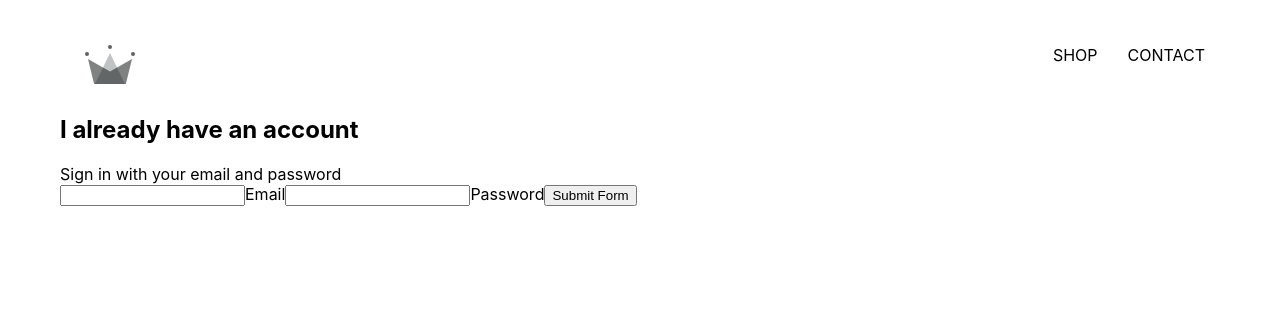
Repository: MikeTroianello/commerce-store
Page: /signin
The author's editor kept a copy of each file at every save. The page is drawn from the files as they stood at one save, then again after the next save.
The browser window is 1280 px wide. The pictures show the whole page.
The project was rebuilt for these pictures with package versions that can differ from the ones it lists, and the page was loaded fresh each time. Also part of the build but not shown: src/components/directory/directory.styles.scss, src/components/directory/directory.component.jsx, src/pages/homepage/homepage.styles.scss, src/pages/homepage/homepage.component.jsx, src/components/collection-item/collection-item.styles.scss, src/components/collection-item/collection-item.component.jsx, src/components/collection-preview/collection-preview.scss, src/components/collection-preview/collection-preview.component.jsx and 2 more. Imported but missing from the stored project, and not drawn on this page: src/components/menu-item/menu-item.component.js, src/pages/shop/shop.data.

Above is the page before, as saved 2019-12-04 14:12:17.

### src/App.js
import React from 'react';
import { Route, Link, Switch } from 'react-router-dom';

import Homepage from './pages/homepage/homepage.component';
import ShopPage from './pages/shop/shop.component';
import Header from './components/header/header.component';
import LoginSignup from './pages/login-signup/LoginSignup';

import './App.css';

function App() {
  console.log(React);
  return (
    <div>
      <Header />
      {/* <Homepage /> */}
      <Switch>
        <Route exact path='/' component={Homepage} />
        <Route path='/shop' component={ShopPage} />
        <Route path='/signin' component={LoginSignup} />
      </Switch>
    </div>
  );
}

export default App;

### src/components/header/header.component.jsx
import React from 'react';
import { Link } from 'react-router-dom';

import { ReactComponent as Logo } from '../../assets/crown.svg';

import './header.component.scss';

const Header = () => (
  <div className='header'>
    <Link className='logo-container' to='/'>
      <Logo className='logo' />
    </Link>
    <div className='options'>
      <Link className='option' to='/shop'>
        SHOP
      </Link>
      <Link className='option' to='/contact'>
        CONTACT
      </Link>
      {/* <Link className='option' to='/'>
     </Link> */}
    </div>
  </div>
);

export default Header;

### src/pages/login-signup/LoginSignup.jsx
import React from 'react';

import SignIn from '../../components/sign-in/sign-in.component';

import './login-signup.scss';

export default function LoginSignup() {
  return (
    <div>
      <div className='sign-in-and-sign-up-page'>
        <SignIn />
      </div>
    </div>
  );
}

### src/App.css
body {
  padding: 20px 60px;
}

a {
  text-decoration: none;
  color: black;
}

### src/components/sign-in/sign-in.component.jsx
import React, { Component } from 'react';

import FormInput from '../form-input/form-input.component';

export default class SignIn extends Component {
  state = {
    email: '',
    password: ''
  };

  handleChange = e => {
    const { name, value } = e.target;
    this.setState({
      [name]: value
    });
  };

  handleSubmit = e => {
    e.preventDefault();
    console.log('submitted');
    this.setState({
      email: '',
      password: ''
    });
  };

  render() {
    return (
      <div className='sign-in'>
        <h2>I already have an account</h2>
        <span>Sign in with your email and password</span>

        <form action=''>
          <input
            type='email'
            name='email'
            value={this.state.email}
            required
            onChange={this.handleChange}
          />
          <label>Email</label>
          <input
            type='password'
            name='password'
            value={this.state.password}
            required
            onChange={this.handleChange}
          />
          <label>Password</label>
          <input
            type='submit'
            value='Submit Form'
            onSubmit={this.handleSubmit}
          />
        </form>
      </div>
    );
  }
}

### src/components/form-input/form-input.component.jsx
import React from 'react';

export default function FormInput({ handleChange, label, ...otherProps }) {
  return (
    <div className='group'>
      <input
        type='text'
        className='form-input'
        onChange={handleChange}
        {...otherProps}
      />
      {label ? (
        <label
          className={`${
            otherProps.value.length ? 'shrink' : ''
          } form-input-label`}
        >
          {label}
        </label>
      ) : null}
    </div>
  );
}

Loaded but not shown: public/index.html (common file); src/index.js (common file); src/index.css (common file); src/components/header/header.component.scss (common file)

After the next save:
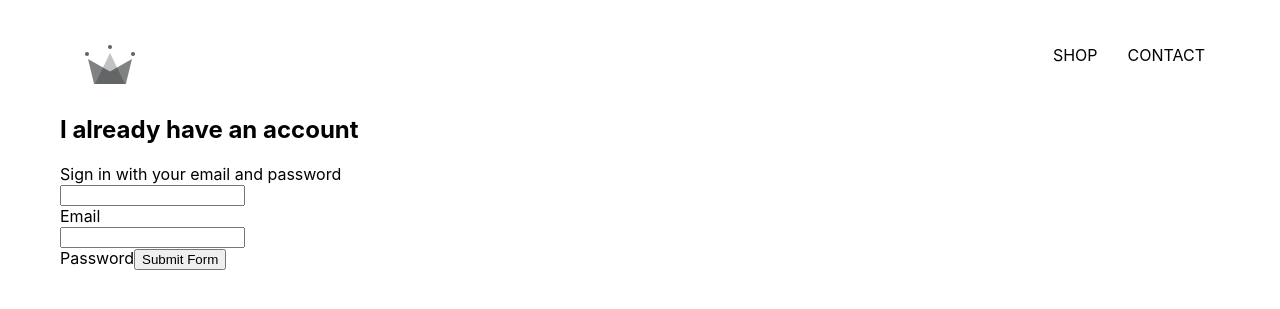
Saved 74 s later.
--- a/src/components/sign-in/sign-in.component.jsx
+++ b/src/components/sign-in/sign-in.component.jsx
@@ -31,20 +31,20 @@ export default class SignIn extends Component {
         <span>Sign in with your email and password</span>
 
         <form action=''>
-          <input
+          <FormInput
             type='email'
             name='email'
             value={this.state.email}
             required
-            onChange={this.handleChange}
+            handleChange={this.handleChange}
           />
           <label>Email</label>
-          <input
+          <FormInput
             type='password'
             name='password'
             value={this.state.password}
             required
-            onChange={this.handleChange}
+            handleChange={this.handleChange}
           />
           <label>Password</label>
           <input
